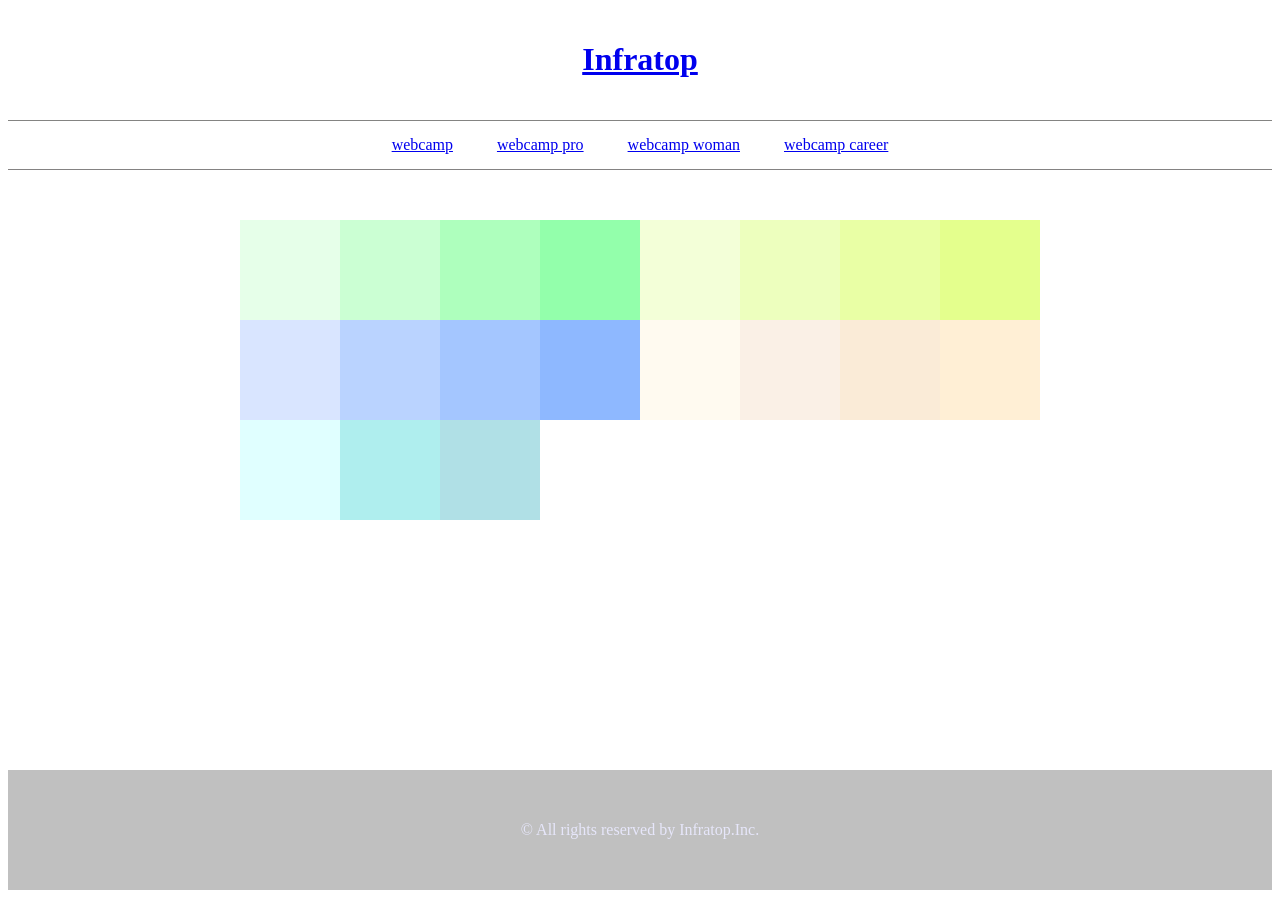
Repository: kiruha313/DWC
Page: exersise5/index.html
The author's editor kept a record of every edit. The page is drawn from the files as they stood at one moment, then again after the next edit.
The browser window is 1280 px wide. The pictures show the whole page.

Above is the page before.

### exersise5/index.html
<!DOCTYPE html>
<html lang="ja">
  <head>
    <meta charset="UTF-8" />
    <link rel="stylesheet" href="style.css" />
    <title>5章の演習問題</title>
  </head>

  <body>
    <header>
      <h1 class="header">
        <a href="index.html">Infratop</a>
      </h1>
    </header>

    <nav>
      <ul class="nav-list">
        <li class="nav-list-item">
          <a href="https://web-camp.io/">webcamp</a>
        </li>
        <li class="nav-list-item">
          <a href="webcamp pro">webcamp pro</a>
        </li>
        <li class="nav-list-item">
          <a href="webcamp woman">webcamp  woman</a>
        </li>
        <li class="nav-list-item">
          <a href="webcamp career">webcamp career</a>
        </li>
        </li>
      </ul>
    </nav>

    <div class="main">
      <div class="main1"></div>
      <div class="main2"></div>
      <div class="main3"></div>
      <div class="main4"></div>
      <div class="main5"></div>
      <div class="main6"></div>
      <div class="main7"></div>
      <div class="main8"></div>
      <div class="main9"></div>
      <div class="main10"></div>
      <div class="main11"></div>
      <div class="main12"></div>
      <div class="main13"></div>
      <div class="main14"></div>
      <div class="main15"></div>
      <div class="main16"></div>
      <div class="main17"></div>
      <div class="main18"></div>
      <div class="main19"></div>
      <div class="main20"></div>
      <div class="main21"></div>
      <div class="main22"></div>
      <div class="main23"></div>
      <div class="main24"></div>
      <div class="main25"></div>
      <div class="main26"></div>
      <div class="main27"></div>
      <div class="main28"></div>
      <div class="main29"></div>
      <div class="main30"></div>
      <div class="main31"></div>
      <div class="main32"></div>
      <div class="main33"></div>
      <div class="main34"></div>
      <div class="main35"></div>
      <div class="main36"></div>
      <div class="main37"></div>
      <div class="main38"></div>
      <div class="main39"></div>
      <div class="main40"></div>
    </div>

    <footer class="footer-item">
      <p class="footer-text">© All rights reserved by Infratop.Inc.</p>
    </footer>

  </body>

</html>

### exersise5/style.css
header > h1 {
  width: 100%;
  padding:20px 0;
  text-align: center;
}

.nav-list {
  text-align: center;
  padding: 15px 0;
  margin: 0 auto;
  list-style: none;
  border-top: 1px solid #848482;
  border-bottom: 1px solid #848282;
}

.nav-list-item {
  display: inline-block;
  margin: 0 20px;
}

.main {
  width: 800px;
  margin: 50px auto;
  display: flex;
  flex-wrap: wrap;
}

.main1 {
  width: 100px;
  height: 100px;
  background-color: #e6ffe9;
}

.main2 {
  width: 100px;
  height: 100px;
  background-color: #cbffd3;
}

.main3 {
  width: 100px;
  height: 100px;
  background-color: #aeffbd;
}

.main4 {
  width: 100px;
  height: 100px;
  background-color: #93ffab;
}

.main5 {
  width: 100px;
  height: 100px;
  background-color: #f3ffd8;
}

.main6 {
  width: 100px;
  height: 100px;
  background-color: #edffbe;
}

.main7 {
  width: 100px;
  height: 100px;
  background-color: #e9ffa5;
}

.main8 {
  width: 100px;
  height: 100px;
  background-color: #e4ff8d;
}

.main9 {
  width: 100px;
  height: 100px;
  background-color: #d9e5ff;
}

.main10 {
  width: 100px;
  height: 100px;
  background-color: #bad3ff;
}

.main11 {
  width: 100px;
  height: 100px;
  background-color: #a4c6ff;
}

.main12 {
  width: 100px;
  height: 100px;
  background-color: #8eb8ff;
}

.main13 {
  width: 100px;
  height: 100px;
  background-color: #fffaf0;
}

.main14 {
  width: 100px;
  height: 100px;
  background-color: #faf0e6;
}

.main15 {
  width: 100px;
  height: 100px;
  background-color: #faebd7;
}

.main16 {
  width: 100px;
  height: 100px;
  background-color: #ffefd5;
}

.main17 {
  width: 100px;
  height: 100px;
  background-color: #e0ffff;
}

.main18 {
  width: 100px;
  height: 100px;
  background-color: #afeeee;
}

.main19 {
  width: 100px;
  height: 100px;
  background-color: #b0e0e6;
}

.main20 {
  width: 100px;
  height: 100px;
  background-color: ;
}

.main21 {
  width: 100px;
  height: 100px;
  background-color: ;
}

.main22 {
  width: 100px;
  height: 100px;
  background-color: ;
}

.main23 {
  width: 100px;
  height: 100px;
  background-color: ;
}

.main24 {
  width: 100px;
  height: 100px;
  background-color: ;
}

.main25 {
  width: 100px;
  height: 100px;
  background-color: ;
}

.main26 {
  width: 100px;
  height: 100px;
  background-color: ;
}

.main27 {
  width: 100px;
  height: 100px;
  background-color: ;
}

.main28 {
  width: 100px;
  height: 100px;
  background-color: ;
}

.main29 {
  width: 100px;
  height: 100px;
  background-color: ;
}

.main30 {
  width: 100px;
  height: 100px;
  background-color: ;
}

.main31 {
  width: 100px;
  height: 100px;
  background-color: ;
}

.main32 {
  width: 100px;
  height: 100px;
  background-color: ;
}

.main33 {
  width: 100px;
  height: 100px;
  background-color: ;
}

.main34 {
  width: 100px;
  height: 100px;
  background-color: ;
}

.main35 {
  width: 100px;
  height: 100px;
  background-color: ;
}

.main36 {
  width: 100px;
  height: 100px;
  background-color: ;
}

.main37 {
  width: 100px;
  height: 100px;
  background-color: ;
}

.main38 {
  width: 100px;
  height: 100px;
  background-color: ;
}

.main39 {
  width: 100px;
  height: 100px;
  background-color: ;
}

.main40 {
  width: 100px;
  height: 100px;
  background-color: ;
}



.footer-item {
  width: 100%;
  height: 120px;
  text-align:center;
  line-height: 120px;
  background-color: silver;
}

.footer-text {
  color: lavender;
}

After the next edit:
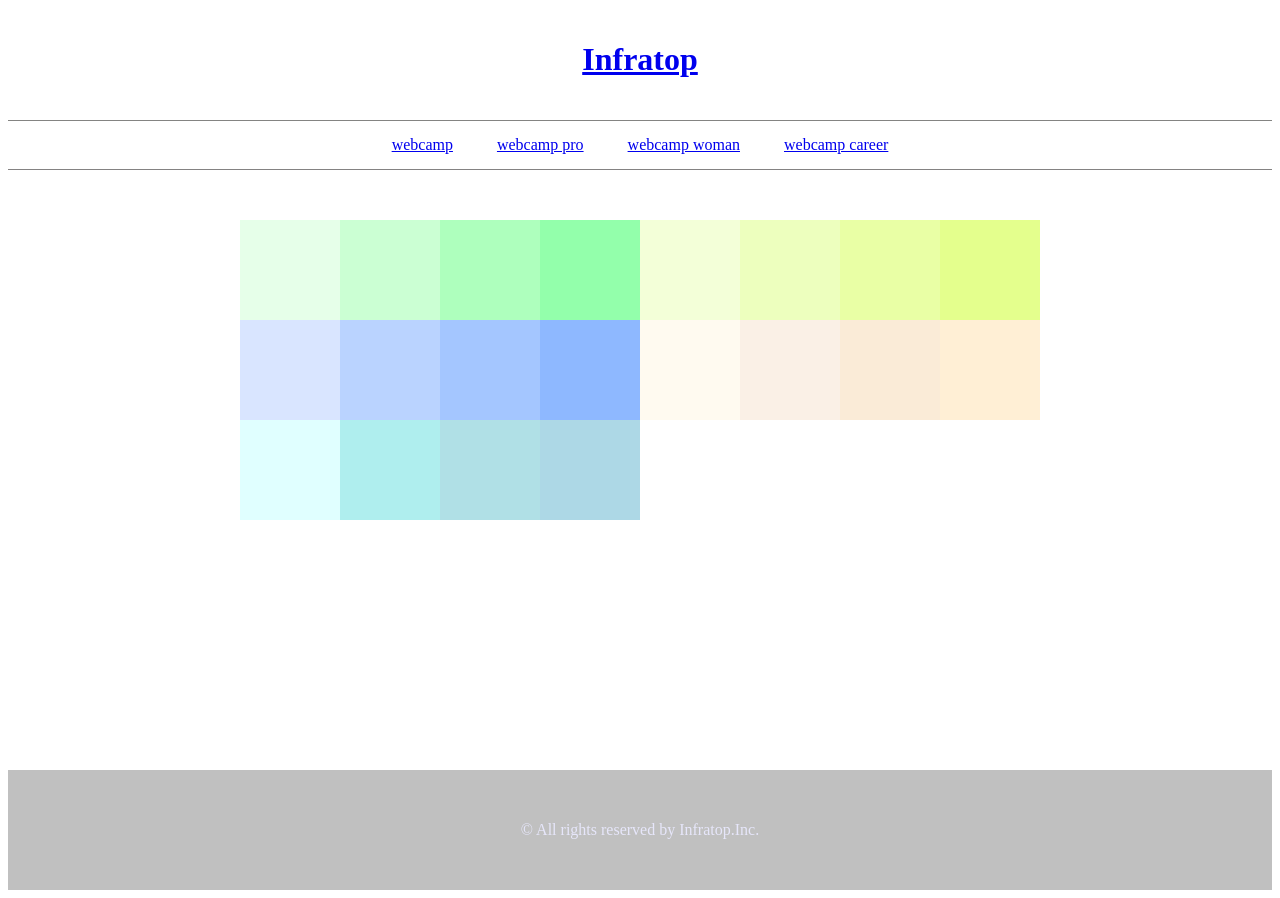
The edit:
--- a/exersise5/style.css
+++ b/exersise5/style.css
@@ -142,7 +142,7 @@
 .main20 {
   width: 100px;
   height: 100px;
-  background-color: ;
+  background-color: #add8e6;
 }
 
 .main21 {
